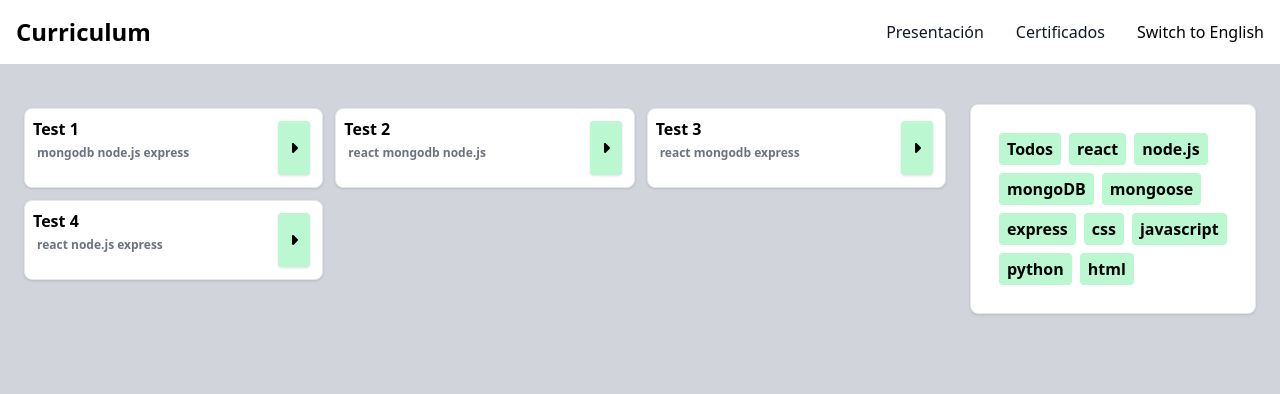
Repository: JetPi/Presentatio-Project
Page: /about/certificates
These files come from the project's save history. The page is drawn as it stood at one moment and after the next save; the edit follows.
The browser window is 1280 px wide. The pictures show the whole page.
The project was rebuilt for these pictures with package versions that can differ from the ones it lists, and the page was loaded fresh each time. The framework's server and built-in components were replaced by stand-ins that run in the browser. Also part of the build but not shown: next.config.js.

Above is the page before, as saved 2023-04-04 15:43:09.

After the next save:
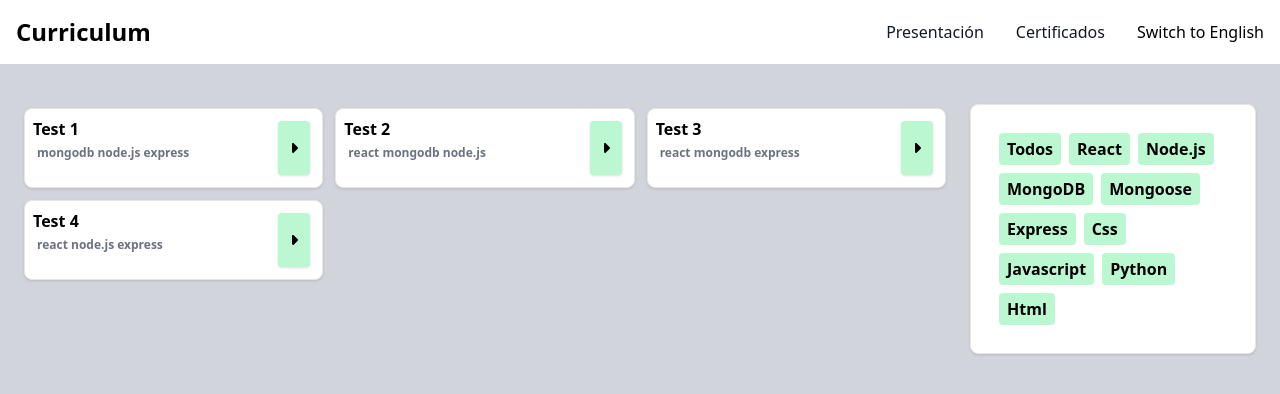
Saved 5 min 23 s later.
--- a/src/components/CertificateList.tsx
+++ b/src/components/CertificateList.tsx
@@ -27,7 +27,7 @@ function CertificateButton({ skill, onClickHandler }: buttonProps) {
       className="px-2 py-1 m-1 font-semibold bg-green-200 border-green-800 rounded"
       onClick={onClickHandler}
     >
-      {skill}
+      {skill.charAt(0).toUpperCase() + skill.slice(1)}
     </button>
   );
 }
